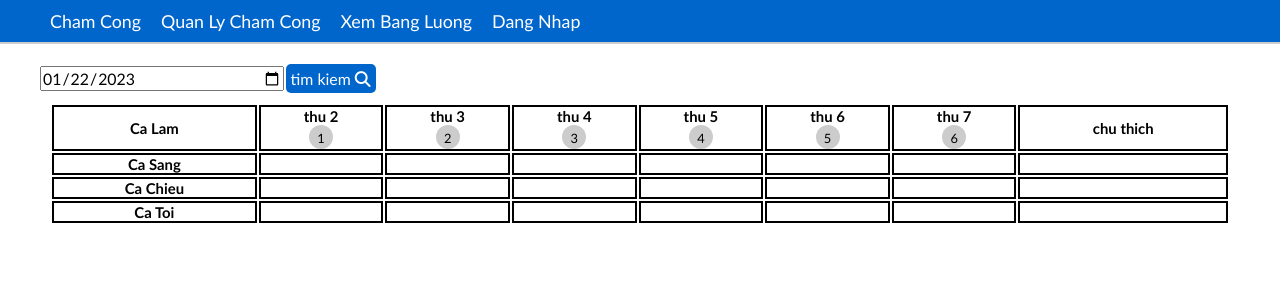
Repository: LDDUNG2003/a
Page: index.html
An editor plug-in stored every save of this project. The page is shown before and after the next save, followed by the edit.
The browser window is 1280 px wide. The pictures show the whole page.
Some web libraries are served in a nearby version.

Above is the page before, as saved 2023-10-14 20:44:32.

After the next save:
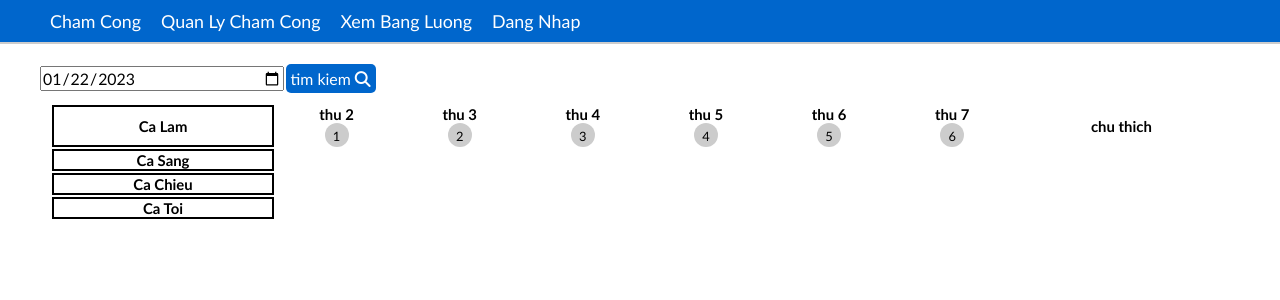
Saved 44 s later.
--- a/controlView/css/index.css
+++ b/controlView/css/index.css
@@ -11,10 +11,11 @@
     font-size: 1.5rem;
 }
 
-.table--row {}
+.table--row {
+    border: solid 2px #000;
+}
 
 .table--item {
-    border: solid 2px #000;
     align-items: center;
 }
 

After the save that followed:
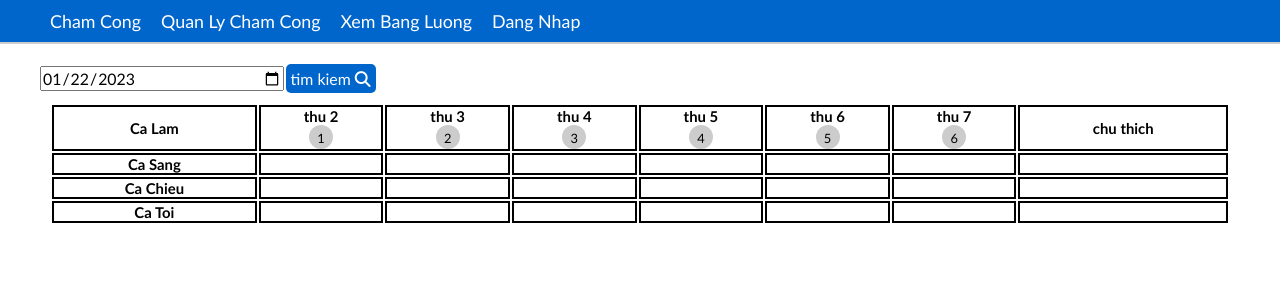
Saved 29 s later.
--- a/controlView/css/index.css
+++ b/controlView/css/index.css
@@ -11,12 +11,9 @@
     font-size: 1.5rem;
 }
 
-.table--row {
-    border: solid 2px #000;
-}
-
 .table--item {
     align-items: center;
+    border: solid 2px #000;
 }
 
 .table--item-impotain {
